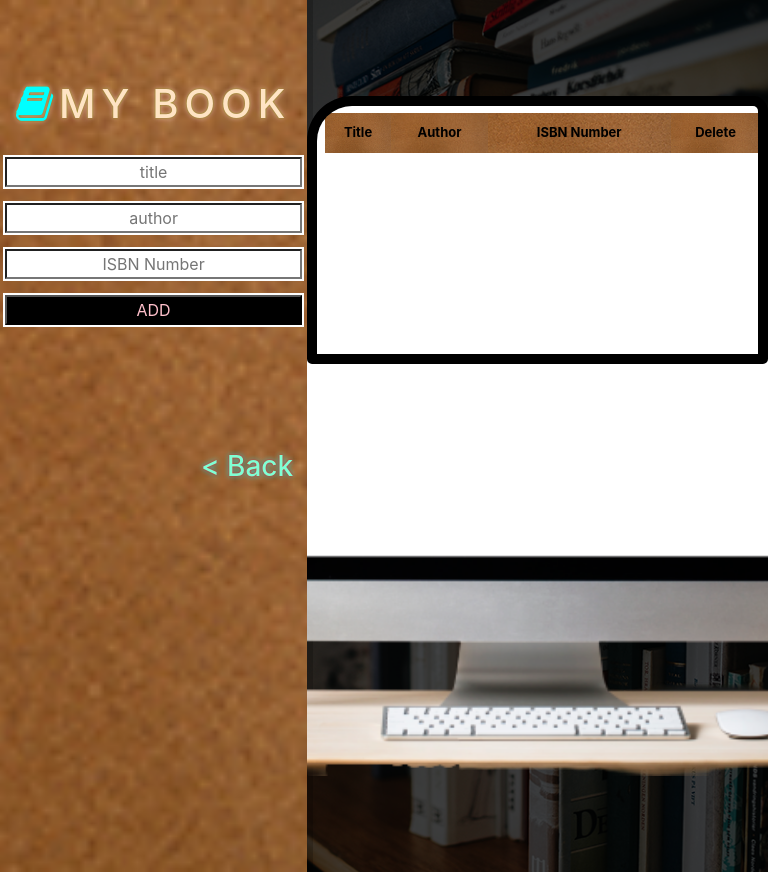
Repository: CSituma/Home-Library-App
Page: libu.html
The author's editor kept a copy of each file at every save. The page is drawn from the files as they stood at one save, then again after the next save.
The browser window is 768 px wide. The pictures show the whole page.
Backgrounds fixed to the window are drawn as part of the page. Some web libraries are served in a nearby version.

Above is the page before, as saved 2020-11-10 21:16:33.

### libu.html
<!DOCTYPE html>
<html lang="en">
<head>
    <meta charset="UTF-8">
    <meta name="viewport" content="width=device-width, initial-scale=1.0">
    <meta http-equiv="X-UA-Compatible" content="ie=edge">
    <link rel="stylesheet" href="style.css">
    <link rel="stylesheet" href="https://cdnjs.cloudflare.com/ajax/libs/font-awesome/4.7.0/css/font-awesome.min.css"/>
<link rel="stylesheet" href="https://stackpath.bootstrapcdn.com/bootstrap/4.5.0/css/bootstrap.min.css" integrity="sha384-9aIt2nRpC12Uk9gS9baDl411NQApFmC26EwAOH8WgZl5MYYxFfc+NcPb1dKGj7Sk" crossorigin="anonymous"/>
<link rel="stylesheet" href="https://cdnjs.cloudflare.com/ajax/libs/animate.css/4.0.0/animate.min.css"/>
  <title>BOOK TRACKER</title>
</head>
<body>
    <div class="columns">
        <div class="js">

            <h1><i class="fa fa-book"></i>MY BOOK</h1>
            <form id="form">
                <input type= "text" id= "title"  placeholder="title">
                <input type= "text" id= "author" placeholder="author" >
                <input type= "text" id= "number" placeholder="ISBN Number">
                <input type= "submit"id= "button" value="ADD">
            </form>
        <h3> <a href= "./index.html"> < Back </a></h3>
        </div>
        <div class="storage" >
              <div class="storage_items">
        <table id="table">
            <thead>
                <tr>
                <th id="title">Title</th>
                <th>Author</th>
                <th>ISBN Number</th>
                <th>Delete</th>
                </tr>
                </thead>
                <tbody class="Booklist" id="booklist">
                </tbody>
            </table>
            </div>
        </div>
</div>
    <script src="lib.js"></script>
 </body>
 </html>

### style.css
/*homepage//////////////*/
body,
html {
  max-width: 100%;
  margin: 0;
  padding: 0;
  max-height: 100%;
  background: url("./images/sandra-seitamaa-qkIWnKtGhg4-unsplash.jpg")
    center/cover no-repeat fixed;
}

.container {
  margin: 10em 20em 20em 20em;
  height: 400px;
  width: 40%;
  background-color: rgba(146, 116, 15, 0.445);
  text-align: center;
}

.lol {
  padding-top: 5em;
  font-weight: 800;
  font-style: italic;
}
span {
  color: yellow;
  font-weight: 400;
}
#lolone {
  color: ghostwhite;
}

h3 {
  padding-top: 4em;
  float: right;
  margin-right: 0.5em;
  font-weight: 900;
  font-size: 2rem;
  text-shadow: 0 0 3px #FF0000, 0 0 5px aqua;
}

h3 a {
  text-decoration: none;
 color: aquamarine;

}

h3 a:hover {
  text-decoration: none;
  color: burlywood;
}

#you {
  padding: 1rem;
  color: gold;
}

/*library////////////////*/
.columns {
  display: flex;
  justify-content: space-between;
  max-width: 100%;
  max-height: 100%;
  background: rgba(0, 0, 0, 0.692) fixed;

}
h1{
  letter-spacing: 6px;
  text-shadow: 0 0 3px olive, 0 0 5px pink;
  padding-top:2em;
  margin: 0;
  color: bisque;

}
table {
  background: black;
  width: 100%;
  margin:0.5em;
  margin-left:0.2em;
  text-align: center;
  color:white;

}


td{
  margin: 2em;
}
tr{
  border-left: white 5px solid;
  height: 40px;
}
th {
  color: black;
  background:url('./images/josephine-bredehoft-KsAo8ouBn8A-unsplash.jpg') center/cover no-repeat;
  outline: none;
}
tbody tr:nth-child(odd){
  background:white;
 color: olive;
}
tbody tr:nth-child(odd):hover {
  box-shadow: 0 0 0 2px white;

}
tbody tr:nth-child(even){
background:black;

}
tbody tr:nth-child(even):hover{
  box-shadow: 0 0 0 2px gray;
}

 .fa {
   color:aqua;
 }
 .fa:hover{
   font-size:1.3em;
 }
form {
  padding: 0.3em;
  margin-top: 1em;
}

form input {
  width: 100%;
  margin: 0.5em 0;
  -webkit-box-shadow: 0 0 0 2px white;
  box-shadow: 0 0 0 2px white;
}

:placeholder-shown {
  text-align: center;
}

#button {
  color: pink;
  background-color: black;
}

/*/////////////////////////////////*/
.storage_items {

  background-color: white;
  width:100%;
  max-height: 70%;
  margin-left: 8em;
  margin-top: 5em;
  margin-bottom: 2em;
  border: rgb(0, 0, 0) 5px solid;
  border-style: groove;
  padding-bottom: 15em;
  overflow: scroll;
  scroll-behavior: smooth;
  scrollbar-width: 2px;
}
.storage {
  background:url("./images/1463-removebg-preview.png") center/cover no-repeat;
  width: 60%;
  height: 85vh;
  margin: 6em 3em 6em 0;
  border-radius: 3px;

}
.js {
  -webkit-box-shadow: 0 0 0 6px rgba(0, 0, 0, 0.191);
  box-shadow: 0 0 0 6px rgba(0, 0, 0, 0.191);
  text-align: center;
  width: 40%;
  margin: 6em 0em 6em 3em;
  background: url("./images/josephine-bredehoft-KsAo8ouBn8A-unsplash.jpg")
    center/cover no-repeat;
}

@media screen and (max-width:1000px) {
  .storage{
    margin-right: 0;

    background: url("./images/719-removebg-preview.png") center/cover no-repeat;
  }
  .storage_items{
    margin:0;
    font-size: 13px;
   border: 10px solid black;
   border-radius: 45px;
   border-bottom-right-radius:5px;
   border-bottom-left-radius:5px;
   border-top-right-radius:15px;

   padding:0;
   padding-bottom: 15em;

}

.js{
  margin: 0;}


}

@media screen and (min-width:1000px) {

 .storage_items{
  max-height: 60%;
    background-color: white;
    width: 400px;
    height: 50%;
    margin-left: 10em;
    margin-top: 5.5em;

  }


 }

 @media screen and (max-width:800px)
 {
  .storage{
    margin-right: 0;

    background: url("./images/719-removebg-preview.png") center/cover no-repeat;
  }
  .storage_items{
    margin:0;
    font-size: 13px;
   border: 10px solid black;
   border-radius: 45px;
   border-bottom-right-radius:5px;
   border-bottom-left-radius:5px;
   border-top-right-radius:15px;

   padding:0;
   padding-bottom: 15em;

}

.js{
 }

 }

### lib.js
// Book Class: Represents a Book
class Book {
  constructor(title, author, isbn) {
    this.title = title;
    this.author = author;
    this.isbn = isbn;
  }
}

// UI Class: Handle UI Tasks
class UI {
//display Books.//
static displayBooks () {
 const books = Store.getBooks();
 books.forEach(((book) =>
  UI.addBookToList(book)));
}


//addbooks
static addBookToList(book) {

const bookList = document.querySelector('#booklist');
const row = document.createElement('tr');

row.innerHTML= `<td>${book.title} </td>
               <td>${book.author}</td>
               <td>${book.isbn}</td>
              <td><i class="fa fa-trash-o"></i></td>`;

bookList.appendChild(row);

}


//deletebooks
static deleteBook(el){
 if(el.classList.contains('fa')){
   el.parentElement.parentElement.remove();
  }}

////show alert msg
static showAlert(message, className){
const div = document. createElement('div');
div.className = `alert alert-${className}`;
div.appendChild(document.createTextNode(message));
const button = document.getElementById('button');
const form = document.getElementById('form');


form.insertBefore(div, button);


//message vanishing//

setTimeout(() => {
  document.querySelector('.alert').remove();
}, 3000);

}

//clear fields//

static clearFields() {
  document.querySelector('#title').value = '';
  document.querySelector('#author').value = '';
  document.querySelector('#number').value = '';
}

}

///Events:
/* 1. Display Books */

document.addEventListener('DOMContentLoaded', UI.displayBooks);

/* 2. Add Books*/
document.querySelector("#form").addEventListener('submit',(e) =>
{
e.preventDefault();
///get form values//
const title = document.querySelector('#title').value;
const author = document.querySelector('#author').value;
const isbn = document.querySelector('#number').value;

  // Validate
 if(title ===''|| author===''|| isbn===''){
   UI.showAlert('Please fill in the Form', 'danger')
 }
else{
  //instantiate Book
  const book = new Book(title,author,isbn);

//////Adding
UI.addBookToList(book);

Store.addBook(book);

///Show Sucess Message
UI.showAlert('Added', 'success');
//Clearfields
UI.clearFields();


 }
}
);


/////3. Remove BOOK////
document.querySelector('#booklist').addEventListener('click', (e)=>{
e.preventDefault();
//deleting from UI

UI.deleteBook(e.target);
///deleting from Store
Store.removeBook(e.target.parentElement.previousElementSibling.textContent);
//Message
UI.showAlert('Book Deleted', 'danger');

}
);

///localStorage
class Store{
  static getBooks(){
    let books;
   if (localStorage.getItem('books') === null){
     books = [];
   }
   else {
     books = JSON.parse(localStorage.getItem('books'));
   }
   return books;
  }

  static addBook(book){
    const books= Store.getBooks();
    books.push(book);
   localStorage.setItem('books',JSON.stringify(books));
  }
  static removeBook(isbn) {
    const books = Store.getBooks();

    books.forEach((book, index) => {
      if(book.isbn === isbn) {
        books.splice(index, 1);
      }
    });
    localStorage.setItem('books', JSON.stringify(books));
  }
}

After the next save:
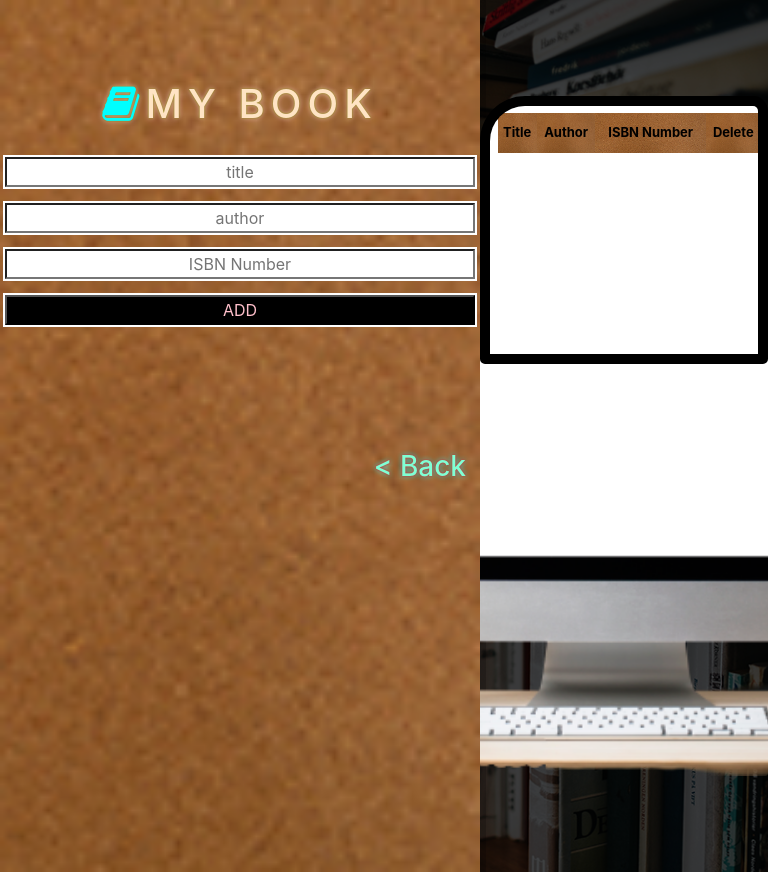
Saved 23 s later.
--- a/style.css
+++ b/style.css
@@ -235,6 +235,7 @@ form input {
 }
 
 .js{
- }
-
- }
+  width:100%;
+ }
+
+ }
